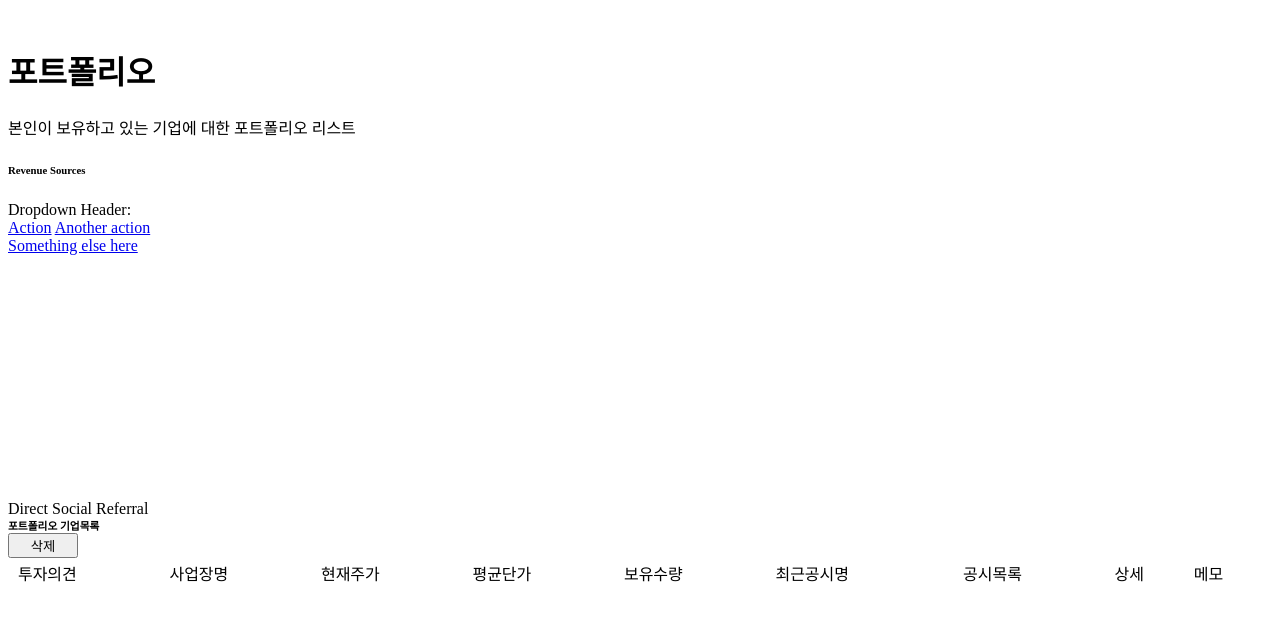
Repository: bangProgram/PJT_Finance
Page: http://localhost/Finance/WEB-INF/views/portfolio/portfolioList.jsp
These files come from the project's save history. The page is drawn as it stood at one moment and after the next save; the edit follows.
The browser window is 1280 px wide. The pictures show the whole page.
The page is served by Tomcat 9. Nobody is signed in. Other server files are loaded and not shown. The template is opened directly, without the code that normally fills it, so the values that code supplies are empty.

Above is the page before, as saved 2022-11-10 07:17:54.
Console error: SyntaxError: Unexpected token ','

### Finance/src/main/webapp/WEB-INF/views/portfolio/portfolioList.jsp
<%@ page pageEncoding="UTF-8" contentType="text/html;charset=utf-8"%>
<%@ taglib prefix="fmt" uri="http://java.sun.com/jsp/jstl/fmt"%>
<%@ taglib uri="http://java.sun.com/jsp/jstl/core" prefix="c"%>
<script src="https://code.jquery.com/jquery-3.4.1.min.js"></script>﻿
<script type="text/javascript">
	var toggleChk = true;
	$(document).ready(function(){

		$("#portCorpList").dataTable({
			lengthMenu: [ 12, 18, 24, 30, 36 ],
		 	data: ${getPortCorpJson},
		 	destroy: true,
		 	columns: [
		  		{ "data": '',
		  			"defaultContent" : '',
		  			"render": function(data, type, row, meta){
		  	            if(type === 'display'){
		  	            	data = '<input type="checkbox" name="del_chk" id="del_chk" value="'+row.CORP_CODE+'" title="삭제 체크박스">';
		  	            }

		  	            return data;
		  	         }
		  		},
		  		{ "data": 'INVEST_OPINION',
		  			"render": function(data, type, row, meta){
		  				if(row.INVEST_OPINION != null && row.INVEST_OPINION != ''){
		  					if(type === 'display'){
			  	                data = row.INVEST_OPINION;
			  	            }
		  				}else{
		  					data = "없음";
		  				}

		  	            return data;
		  	         }
		  		},
		  		{ data: 'CORP_NAME' },
		  		{ "data": '',
		  			"defaultContent" : '',
		  			"render": function(data, type, row, meta){
		  	            if(type === 'display'){
		  	                data = '';
		  	            }

		  	            return data;
		  	         }
		  		},
		  		{ "data": 'AVR_PRICE',
		  			"render": function(data, type, row, meta){
		  				if(row.AVR_PRICE != null && row.AVR_PRICE != ''){
		  					if(type === 'display'){
			  	                data = row.AVR_PRICE;
			  	            }
		  				}else{
		  					data = "없음";
		  				}

		  	            return data;
		  	         }
		  		},
		  		{ "data": 'HOLD_QUANTITY',
		  			"render": function(data, type, row, meta){
		  				if(row.HOLD_QUANTITY != null && row.HOLD_QUANTITY != ''){
		  					if(type === 'display'){
			  	                data = row.HOLD_QUANTITY;
			  	            }
		  				}else{
		  					data = "없음";
		  				}

		  	            return data;
		  	         }
		  		},
		  		{ "data": '',
		  			"defaultContent" : '',
		  			"render": function(data, type, row, meta){
		  	            if(type === 'display'){
		  	                data = '<a href="#" onclick="openReportPop(\''+row.REPRT_NO+'\',\''+row.REPRT_NM+'\')" >'+row.REPRT_NM+'</a>';
		  	            }

		  	            return data;
		  	         }
		  		},
		  		{ "data": '',
		  			"defaultContent" : '',
		  			"render": function(data, type, row, meta){
		  	            if(type === 'display'){
		  	            	 data = '<a href="#" onclick="openReportList(\''+row.CORP_CODE+'\',\''+row.CORP_NAME+'\')" class="btn btn-light btn-icon-split"><span class="icon text-gray-600"><i class="fas fa-flag"></i></span></a>';
		  	            }

		  	            return data;
		  	         }
		  		},
		  		{ "data": '',
		  			"defaultContent" : '',
		  			"render": function(data, type, row, meta){
		  	            if(type === 'display'){
		  	            	data = '<a href="#" class="btn btn-info btn-circle btn-sm"><i class="fas fa-info-circle"></i></a>';
		  	            }

		  	            return data;
		  	         }
		  		},
		  		{ "data": 'MEMO',
		  			"render": function(data, type, row, meta){
		  				if(row.MEMO != null && row.MEMO != ''){
		  					if(type === 'display'){
			  	                data = '<a href="#" class="btn btn-info btn-circle btn-sm"><i class="fas fa-info-circle"></i></a>';
			  	            }
		  				}else{
		  					data = "없음";
		  				}

		  	            return data;
		  	         }
		  		}
		  	]
		});
	});

	function delInterest(corpCd,corpNm,stockCd){
		var frm = document.form;

		if(!confirm('\''+corpNm+'\'을 관심목록에서 삭제하시겠습니까?')) return;

		$("#corpCd").val(corpCd);
		$("#corpNm").val(corpNm);
		$("#stockCd").val(stockCd);

		frm.action = "/interest/del/cud";
		frm.submit();
	}

	function addPortfolio(corpCd,corpNm,stockCd){
		var url = "/portfolio/add/cud";

		if(!confirm('\''+corpNm+'\'을 포트폴리오에 추가하시겠습니까?')) return;

		$.ajax({
			type : 'post',           // 타입 (get, post, put 등등)
			url : url,           // 요청할 서버url
			data : {
				CORP_CODE 	: corpCd,
				CORP_NAME	: corpNm,
				STOCK_CODE 	: stockCd,
			},
			dataType : 'json',
			success : function(data) { // 결과 성공 콜백함수
				$('#dataTables').css("animation-name","add");
				$('#dataTables').css("animation-duration","2.5s");
			},
			error : function(request, status, error) {
				console.log(error)
			}
		})
	}

	function openReportPop(reprtNo,reprtNm){
        var url = "https://dart.fss.or.kr/dsaf001/main.do?rcpNo="+reprtNo;
        var name = reprtNm;
        var option = "width = 500, height = 1500, top = 100, left = 200, location = no"
        window.open(url, name, option);
    }

	function openReportList(corpCd,corpNm){
        var url = "/popup/dart/report/list?corpCd="+corpCd;
        var name = corpNm + " 공시 목록";
        var option = "width = 1500, height = 1500, top = 100, left = 200, location = no"
        window.open(url, name, option);
    }

	function delPortCorp(){
		var frm = document.searchForm;
		var delChks = "";

		var i = 0;
		$("input[name=del_chk]:checked").each(function(){
			if(i==0){
				delChks += $(this).val();
			}else{
				delChks += ","+$(this).val();
			}
			i++;
		});

		if(i == 0){
			alert("삭제할 사업장을 선택해 주세요.");
			return;
		}

		var corpCd = "";

		if(!confirm('체크된 사업장을 포트폴리오에서 삭제하시겠습니까?')) return;

		$("#corpCds").val(delChks);

		frm.action = "/portfolio/del/cud";
		frm.submit();
	}

</script>

<style>
@keyframes add {
	from{background : lightgreen;}
	to{background : transparent;}
}

@keyframes del {
	from{background : indianred;}
	to{background : transparent;}
}

@keyframes search {
	from{background : lightsteelblue;}
	to{background : transparent;}
}

</style>
<html>
<head>
<title>사업장 목록</title>
</head>
<body>
<div class="container-fluid">
	<form name="searchForm" method="post">
	<input type="hidden" name="pYearList" id="pYearList" value="${yearString}" title="조회 년도 목록">
	<input type="hidden" name="pQuaterList" id="pQuaterList" value="${quaterString}" title="조회 년도 목록">
	<input type="hidden" name="pStartYear" id="pStartYear" class="pSearchYear" value="${pStartYear}" title="조회 시작년도">
	<input type="hidden" name="pEndYear" id="pEndYear" class="pSearchYear" value="${pEndYear}" title="조회 시작년도">

	<input type="hidden" name="corpCds" id="corpCds" value="" title="삭제대상 사업장코드(복수)">
    </form>
</div>

<div class="container-fluid">

	<!-- Page Heading -->
	<h1 class="h3 mb-2 text-gray-800">포트폴리오</h1>
	<p class="mb-4">본인이 보유하고 있는 기업에 대한 포트폴리오 리스트
		<span id=""></span>
	</p>

	<div class="col-xl-4 col-lg-5">
	    <div class="card shadow mb-4">
	        <!-- Card Header - Dropdown -->
	        <div class="card-header py-3 d-flex flex-row align-items-center justify-content-between">
	            <h6 class="m-0 font-weight-bold text-primary">Revenue Sources</h6>
	            <div class="dropdown no-arrow">
	                <a class="dropdown-toggle" href="#" role="button" id="dropdownMenuLink" data-toggle="dropdown" aria-haspopup="true" aria-expanded="false">
	                    <i class="fas fa-ellipsis-v fa-sm fa-fw text-gray-400"></i>
	                </a>
	                <div class="dropdown-menu dropdown-menu-right shadow animated--fade-in" aria-labelledby="dropdownMenuLink">
	                    <div class="dropdown-header">Dropdown Header:</div>
	                    <a class="dropdown-item" href="#">Action</a>
	                    <a class="dropdown-item" href="#">Another action</a>
	                    <div class="dropdown-divider"></div>
	                    <a class="dropdown-item" href="#">Something else here</a>
	                </div>
	            </div>
	        </div>
	        <!-- Card Body -->
	        <div class="card-body">
	            <div class="chart-pie pt-4 pb-2"><div class="chartjs-size-monitor"><div class="chartjs-size-monitor-expand"><div class=""></div></div><div class="chartjs-size-monitor-shrink"><div class=""></div></div></div>
	                <canvas id="myPieChart" width="470" height="245" style="display: block; width: 470px; height: 245px;" class="chartjs-render-monitor"></canvas>
	            </div>
	            <div class="mt-4 text-center small">
	                <span class="mr-2">
	                    <i class="fas fa-circle text-primary"></i> Direct
	                </span>
	                <span class="mr-2">
	                    <i class="fas fa-circle text-success"></i> Social
	                </span>
	                <span class="mr-2">
	                    <i class="fas fa-circle text-info"></i> Referral
	                </span>
	            </div>
	        </div>
	    </div>
	</div>

	<!-- DataTales Example -->
    <div class="card shadow mb-4">
        <div class="card-header py-3" id="dataTables" style=display: table;">
            <h6 class="m-0 font-weight-bold text-primary" style="display: table-cell; width: 95%;">포트폴리오 기업목록</h6>
            <div >
				<button class="dt-button buttons-excel buttons-html5 btn btn-outline-primary excelBtn" style="width: 70px;" tabindex="0" aria-controls="portCorpList" onclick="delPortCorp(); return false;">
					<span>삭제</span>
				</button>
			</div>
        </div>
        <div class="card-body">
            <div class="table-responsive" >
                <table id="portCorpList" class="table table-bordered" id="dataTable" width="100%" >
                    <thead id="tableHead">
			            <tr>
			            	<td></td>
							<td>투자의견</td>
							<td>사업장명</td>
							<td>현재주가</td>
							<td>평균단가</td>
							<td>보유수량</td>
							<td>최근공시명</td>
							<td>공시목록</td>
							<td>상세</td>
							<td>메모</td>
						</tr>
			        </thead>
			        <tbody id="bodyList">
			        </tbody>
                </table>
            </div>
        </div>
    </div>
</div>
</body>
</html>

After the next save:
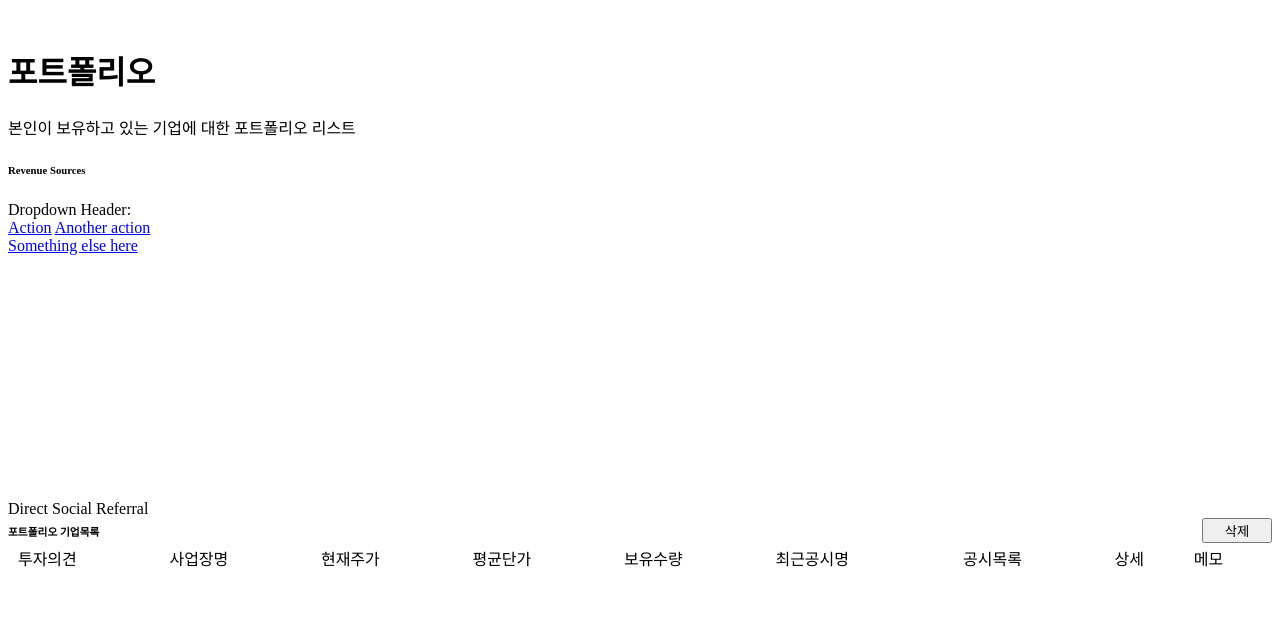
Saved 30 s later.
--- a/Finance/src/main/webapp/WEB-INF/views/portfolio/portfolioList.jsp
+++ b/Finance/src/main/webapp/WEB-INF/views/portfolio/portfolioList.jsp
@@ -281,7 +281,7 @@
 
 	<!-- DataTales Example -->
     <div class="card shadow mb-4">
-        <div class="card-header py-3" id="dataTables" style=display: table;">
+        <div class="card-header py-3" id="dataTables" style="display: table;">
             <h6 class="m-0 font-weight-bold text-primary" style="display: table-cell; width: 95%;">포트폴리오 기업목록</h6>
             <div >
 				<button class="dt-button buttons-excel buttons-html5 btn btn-outline-primary excelBtn" style="width: 70px;" tabindex="0" aria-controls="portCorpList" onclick="delPortCorp(); return false;">
